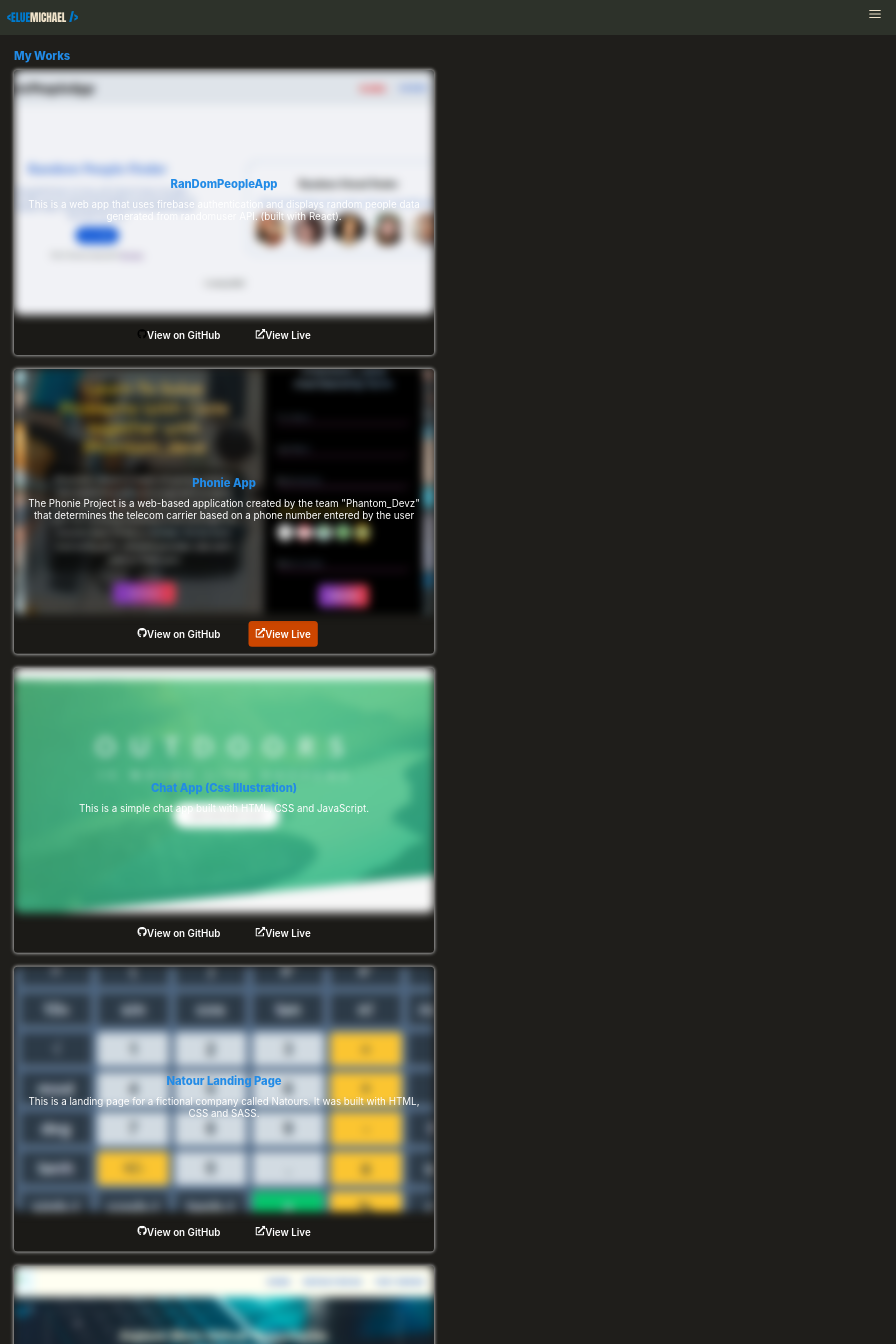
Repository: MikkyPrestige/portfolio
Page: /projects
An editor plug-in stored every save of this project. The page is shown before and after the next save, followed by the edit.
The browser window is 1280 px wide. The pictures show the part of the page from y = 0 to 1920 px (the page is 5651 px tall), at 70% of full size.
The project was rebuilt for these pictures with package versions that can differ from the ones it lists, and the page was loaded fresh each time. Also part of the build but not shown: src/components/avatar.jsx, src/components/home.jsx, src/components/about.jsx, src/components/fallback.jsx.

Above is the page before, as saved 2023-02-21 18:11:15.

After the next save:
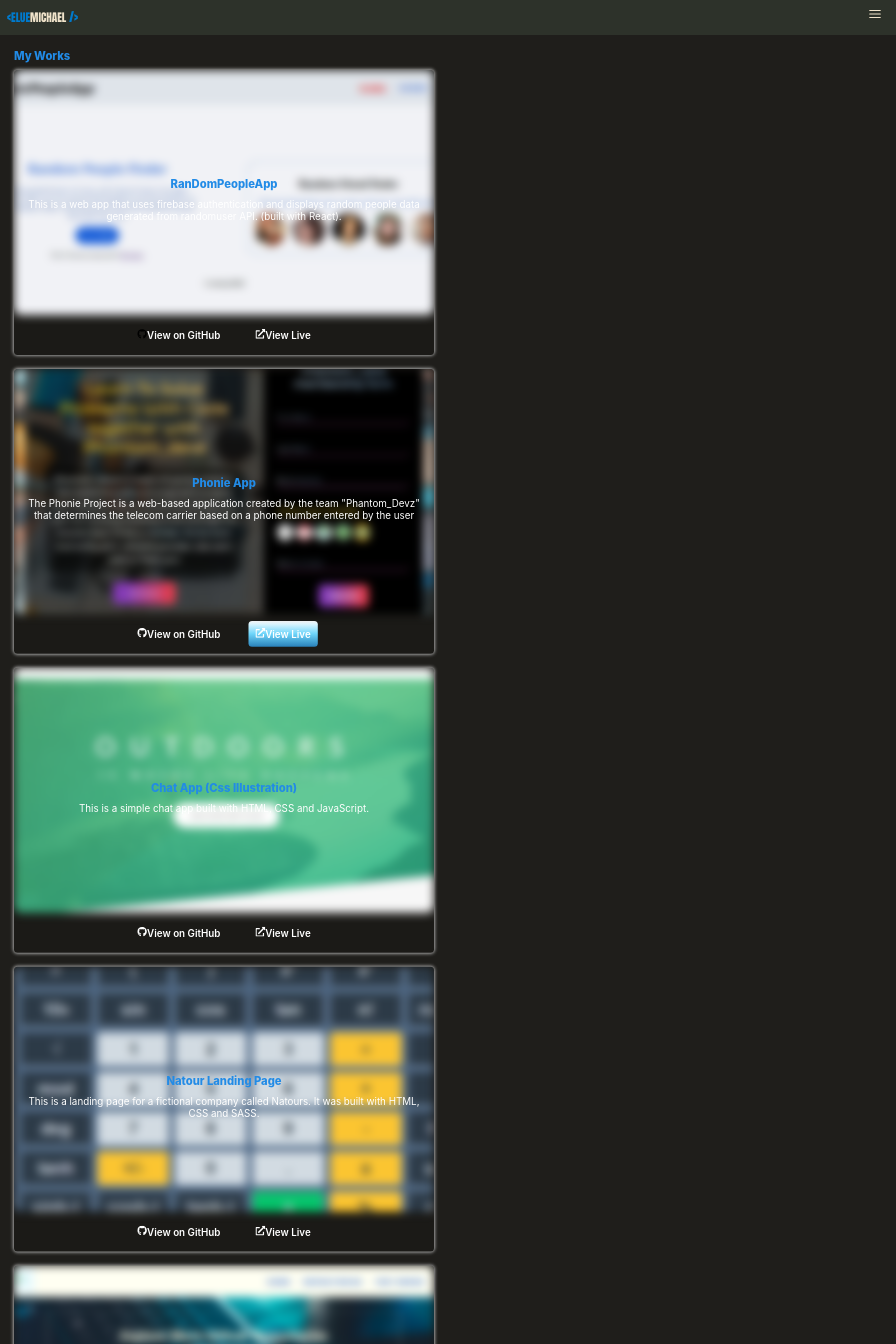
Saved 3 min 59 s later.
--- a/src/assets/styles/sass/base/_utilities.scss
+++ b/src/assets/styles/sass/base/_utilities.scss
@@ -1,4 +1,3 @@
 .primary-color-bg {
-  background-color: var(--color-primary);
-  // padding: 5rem;
+  background: linear-gradient(to top, #2980b9, #6dd5fa, #ffffff);
 }
